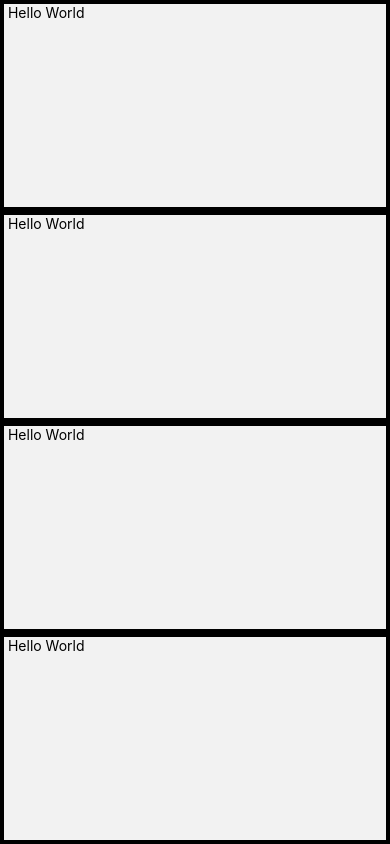
Repository: awarbler/reactNotesApp
Screen: / (app in reactNoteApp/)
These files come from the project's save history. The screen is drawn as it stood at one moment and after the next save; the edit follows.
The app was drawn by React Native's web renderer in a window 390 px wide. The project was rebuilt for these pictures with package versions that can differ from the ones it lists, and the page was loaded fresh each time.

Above is the screen before, as saved 2022-05-19 17:38:19.

After the next save:
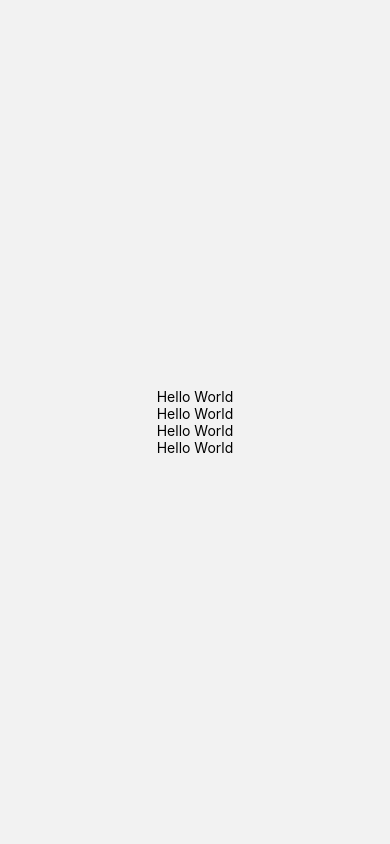
Saved 31 s later.
--- a/reactNoteApp/src/screens/Home/Home.js
+++ b/reactNoteApp/src/screens/Home/Home.js
@@ -21,10 +21,5 @@ const styles = StyleSheet.create({
         alignItems: 'center',
         //flexDirection: 'row'
 
-    },
-    oneFourth:{
-        flex:1,
-        width:'100%',
-        borderWidth: 4
     }
 })
